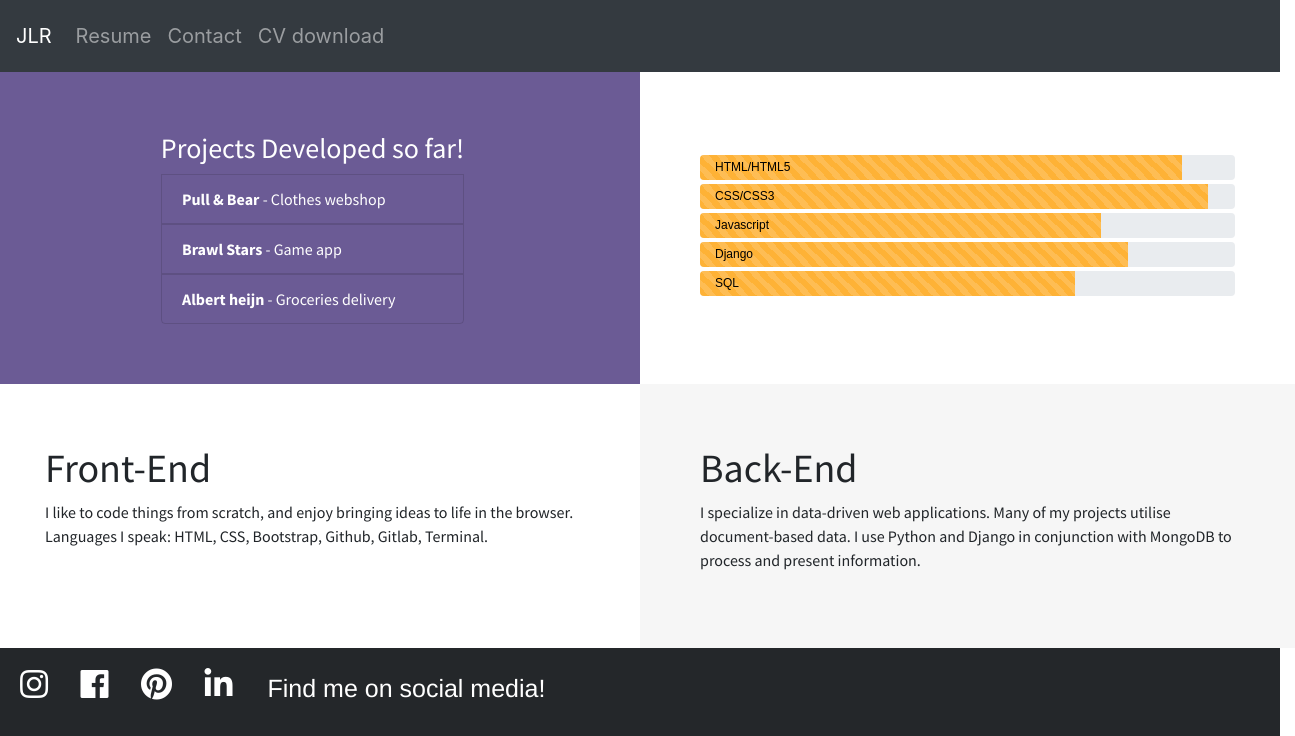
Repository: Kawaiisaki/Portfolio-site
Page: resume.html
The author's editor kept a record of every edit. The page is drawn from the files as they stood at one moment, then again after the next edit.
The browser window is 1280 px wide. The page is 1295 px wide, so the pictures cover 1295 px, including what lies to the right of the window. The pictures show the whole page.
Some web libraries are served in a nearby version.

Above is the page before.

### resume.html
<!DOCTYPE html>
<html lang="en">

<head>
    <meta charset="UTF-8">
    <meta name="viewport" content="width=device-width, initial-scale=1.0">
    <meta http-equiv="X-UA-Compatible" content="ie=edge">
    <link rel="stylesheet" href="https://maxcdn.bootstrapcdn.com/bootstrap/4.2.1/css/bootstrap.min.css" type="text/css" />
    <link rel="stylesheet" href="https://use.fontawesome.com/releases/v5.0.10/css/all.css" integrity="sha384-+d0P83n9kaQMCwj8F4RJB66tzIwOKmrdb46+porD/OvrJ+37WqIM7UoBtwHO6Nlg" crossorigin="anonymous">
    <link rel="stylesheet" href="https://cdnjs.cloudflare.com/ajax/libs/hover.css/2.3.1/css/hover-min.css" type="text/css" />
    <link rel="stylesheet" href="assets/css/style.css" type="text/css" />
    <title>Resume</title>
</head>

<body>
    <header>

        <nav class="navbar sticky-top navbar-expand-lg navbar-dark bg-dark">
            <a class="navbar-brand" href="index.html">JLR</a>
            <button class="navbar-toggler" type="button" data-toggle="collapse" data-target="#navbarSupportedContent" aria-controls="navbarSupportedContent" aria-expanded="false" aria-label="Toggle navigation">
    <span class="navbar-toggler-icon"></span>
  </button>

            <div class="collapse navbar-collapse" id="navbarSupportedContent">
                <ul class="navbar-nav navbar-brand mr-auto">
                    <li class="nav-item">
                        <a class="nav-link" href="resume.html">Resume</a>
                    </li>
                    <li class="nav-item">
                        <a class="nav-link" href="contact.html">Contact</a>
                    </li>
                    <li class="nav-item">
                        <a class="nav-link" href="#">CV download</a>
                    </li>
                </ul>
            </div>
        </nav>
    </header>
    <section>
        <div class="container-fluid">
            <div class="row">
                <div class="col projects">
                    <h3 class="text-center">Projects Developed so far!</h3>
                    <div class="container project-list">
                        <a class="list-group list-group-flush">
                            <a href="https://www.pullandbear.com/" target="_blank" class="list-group-item project-item"><strong>Pull & Bear</strong> - Clothes webshop</a>
                        <a href="https://play.google.com/store/apps/details?id=com.supercell.brawlstars&gl=NL" target="_blank" class="list-group-item project-item"><strong>Brawl Stars</strong> - Game app</a>
                        <a href="https://www.ah.nl/?gclid=CjwKCAiAqqTuBRBAEiwA7B66hWiQgrnYQJU3PeLNCPiqaegNcN4MoA1vTRGlp7dA6K88ZnaGVRotXBoCbbMQAvD_BwE&gclsrc=aw.ds" target="_blank" class="list-group-item project-item"><strong>Albert heijn</strong> - Groceries delivery</a>
                        </ul>
                    </div>
                </div>
                <div class="col bar-skills">
                    <div class="progress">
                        <div class="progress-bar progress-bar-striped" role="progressbar" style="width: 90%" aria-valuenow="90" aria-valuemin="0" aria-valuemax="100"></div>
                        <span class="progres-skill">HTML/HTML5</span>
                    </div>
                    <div class="progress">
                        <div class="progress-bar progress-bar-striped" role="progressbar" style="width: 95%" aria-valuenow="95" aria-valuemin="0" aria-valuemax="100"></div>
                        <span class="progres-skill">CSS/CSS3</span>
                    </div>
                    <div class="progress">
                        <div class="progress-bar progress-bar-striped" role="progressbar" style="width: 75%" aria-valuenow="75" aria-valuemin="0" aria-valuemax="100"></div>

                        <span class="progres-skill">Javascript</span></div>
                    <div class="progress">
                        <div class="progress-bar progress-bar-striped" role="progressbar" style="width: 80%" aria-valuenow="80" aria-valuemin="0" aria-valuemax="100"></div>
                        <span class="progres-skill">Django</span>
                    </div>
                    <div class="progress">
                        <div class="progress-bar progress-bar-striped" role="progressbar" style="width: 70%" aria-valuenow="70" aria-valuemin="0" aria-valuemax="100"></div>
                        <span class="progres-skill">SQL</span>
                    </div>
                </div>
            </div>
        </div>
    </section>
    <section>
        <div class="container-fluid">
            <div class="row">
                <div class="col front-end">
                    <h1>Front-End</h1>
                    <p>I like to code things from scratch, and enjoy bringing ideas to life in the browser. Languages I speak: HTML, CSS, Bootstrap, Github, Gitlab, Terminal.
                    </p>
                </div>
                <div class="col back-end">
                    <h1>Back-End</h1>
                    <p>I specialize in data-driven web applications. Many of my projects utilise document-based data. I use Python and Django in conjunction with MongoDB to process and present information.</p>
                </div>
            </div>
    </section>
    <footer>
        <div class="container-fluid social-icons">
            <div class="row no-gutters ">
                <div class="col-md-auto">
                    <ul class="list-inline social-media-icons">
                        <li class="list-inline-item">
                            <a target="_blank" href="https://www.instagram.com/thekawaiisaki/">
                                <i class="fab fa-instagram fa-2x" aria-hidden="true"></i>
                                <span class="sr-only">Instagram</span>
                            </a>
                        </li>
                        <li class="list-inline-item">
                            <a target="_blank" href="https://www.facebook.com/joellojedorosso">
                                <i class="fab fa-facebook fa-2x"  aria-hidden="true"></i>
                                <span class="sr-only">Facebook</span>
                            </a>
                        </li>
                        <li class="list-inline-item">
                            <a target="_blank" href="https://nl.pinterest.com/jlojedorosso/">
                                <i class="fab fa-pinterest fa-2x" aria-hidden="true"></i>
                                <span class="sr-only">Pinterest</span>
                            </a>
                        </li>
                        <li class="list-inline-item">
                            <a target="_blank" href="https://www.linkedin.com/in/joellojedorosso/">
                                <i class="fab fa-linkedin-in fa-2x" aria-hidden="true"></i>
                                <span class="sr-only">Instagram</span>
                            </a>
                        </li>
                    </ul>
                </div>
                <div class="col">
                    <div>
                        <h3 class="social-text">Find me on social media!</h3>
                    </div>
                </div>
            </div>
        </div>
    </footer>
</body>

</html>

### assets/css/style.css
@import url('https://fonts.googleapis.com/css?family=Source+Sans+Pro:100,200,300,400,500,600,700,800,900&display=swap');

.container-fluid {
  padding-left: 0;
  padding-right: 0;
}

/*---------------------------------------Callout*/

.callout-container {
  height: 88vh;

  background: url('../images/joelgrey.jpg') no-repeat center center fixed;
  -webkit-background-size: cover;
  -moz-background-size: cover;
  -o-background-size: cover;
  background-size: cover;

  display: flex;
  align-items: center;
  justify-content: center;

  position: relative;
}

.transparant-overlay {
  position: absolute;
  top: 0;
  left: 0;
  width: 100%;
  height: 100%;
  background-color: rgba(0, 0, 0, 0.4)
}

.jumbotron {
  background-color: transparent;
}

.name {
  font-family: "Source Sans Pro", sans-serif;
  color: white;
  font-weight: 400;
  margin-bottom: 10px;
  text-shadow: 2px 2px rgba(0, 0, 0, 0.5);
}

.lead {
  color: #ffffff;
  margin: 10px;
  text-decoration: overline;
  text-shadow: 2px 2px rgba(0, 0, 0, 0.5);
}

.fa-code {
  color: #fff;
  text-shadow: 2px 2px rgba(0, 0, 0, 0.5);
}

/*---------------------------------------About-Personal-*/

.about-container {
  height: 50vh;

  background: url('../images/laptop.jpg') no-repeat center center fixed;
  -webkit-background-size: cover;
  -moz-background-size: cover;
  -o-background-size: cover;
  background-size: cover;

  display: flex;
  align-items: center;
  justify-content: center;

  position: relative;
}

.subtitle {
  margin-left: 30px;
  font-family: "helvetica", sans-serif;
  font-weight: 200;
}

.key {
  font-family: "Source Sans Pro", sans-serif;
  padding-left: 30px;
  display: inline-block;
  font-size: 20px;
  width: 33%;
  vertical-align: top;
}

.value {
  display: inline-block;
  font-size: 15px;
  width: 33%;
}

.personal-info {
  padding: 20px;
  background-color: #feb236;
  display: block;
  clear: both;
}


.introduction {
  padding: 20px;
  background-color: #fff;
}

.introduction p {
  margin-left: 30px;
}

.about-me {
  font-family: "Source Sans Pro", sans-serif;
  margin-left: 30px;
}

.fa-user,
.fa-address-card {
  padding-left: 20px;
}

.fa-user {
  color: #feb236;
}

.introduction a {
  margin-left: 30px;
}

/*---------------------------------------Footer*/

.social-text {
  color: #fff;
  font-family: "Helvetica", sans-serif;
  font-weight: 400;
  font-size: 25px;
  padding-top: 15px;
  padding-left: 25px;
}

footer {
  background-color: #24272a;
  min-height: 50px;
  padding: 10px;
}

.social-media-icons li i {
  color: #fff;
  margin: 10px;
}

/*---------------------------------------Additional*/

.uppercase {
  text-transform: uppercase;
}

/*---------------------------------------About page*/

.fa-file-code,
.fa-cogs,
.fa-tasks {
  padding-left: 20px;
}

.white-text {
  color: #fff;
}

/*---------------------------------------About bg colors*/

.what-bg-color {
  background-color: #6b5b95;
}

.how-bg-color {
  background-color: #fff;
}

.why-bg-color {
  background-color: #feb236;
}

/*---------------------------------------Resume page*/

.projects {
  background-color: #6b5b95;
  color: #fff;
  font-family: "Source Sans Pro", sans-serif;
  max-width: 50%;
  padding: 60px;
}

.list-group-item {
  background-color: transparent;
}

.project-item {
  color: #fff;
  text-decoration: none;
  max-width: 60%;
  margin: auto;
}

.project-item:hover {
  text-decoration: none;
  color: #feb236;
}

.front-end,
.back-end {
  font-family: "Source Sans Pro", sans-serif;
  padding: 60px;
}

.back-end {
  background-color: #f6f6f6;
}

.fa-laptop {
  padding-left: 20px;
}

/*---------------------------------------Progress bars*/

.skill-progression {
  font-family: "Source Sans Pro", sans-serif;
}

.progress {
  position: relative;
  margin-bottom: 4px;
  height: 25px;
}

.progres-skill {
  font-family: "Sans Source Pro", sans-serif;
  position: absolute;
  left: 5px;
  font-weight: 400;
  padding: 3px 30px 2px 10px;
  color: #000;
}

.bar-skills {
  margin: auto;
  max-width: 80%;
  padding: 60px;
}

.progress-bar-striped {
  background-color: #feb236;
}

/*---------------------------------------contact page*/

.contact-heading {
  margin: 50px;
}

.contact-title,
.contact-me {
  font-family: "Source Sans Pro", sans-serif;
}

.contact-title {
  font-weight: 200;
}

.btn-primary {
  background-color: #feb236;
  color: #000;
}

button {
  margin: 20px;
}

.form-placement {
  padding-top: 20px;
  max-width: 40%;
  margin: auto;
}

After the next edit:
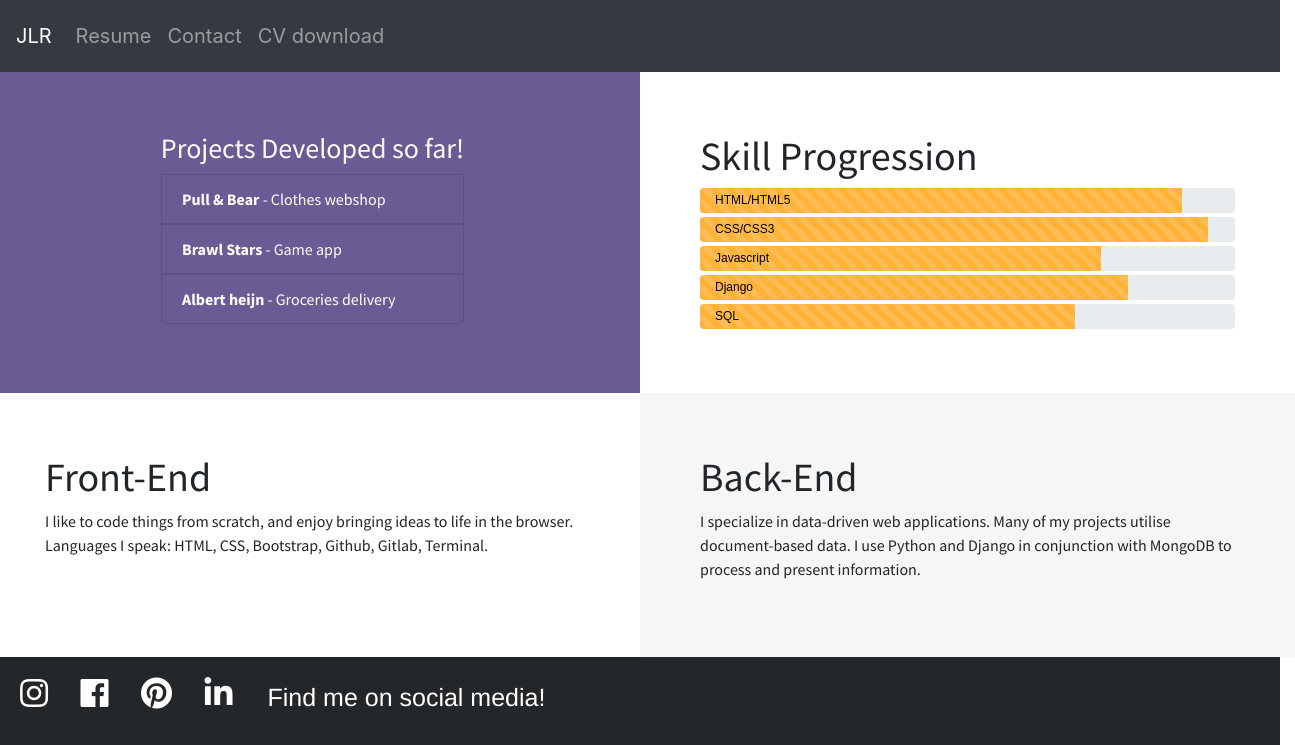
The edit:
--- a/resume.html
+++ b/resume.html
@@ -50,6 +50,7 @@
                     </div>
                 </div>
                 <div class="col bar-skills">
+                    <h1 class="skill-progression">Skill Progression</h1>
                     <div class="progress">
                         <div class="progress-bar progress-bar-striped" role="progressbar" style="width: 90%" aria-valuenow="90" aria-valuemin="0" aria-valuemax="100"></div>
                         <span class="progres-skill">HTML/HTML5</span>
